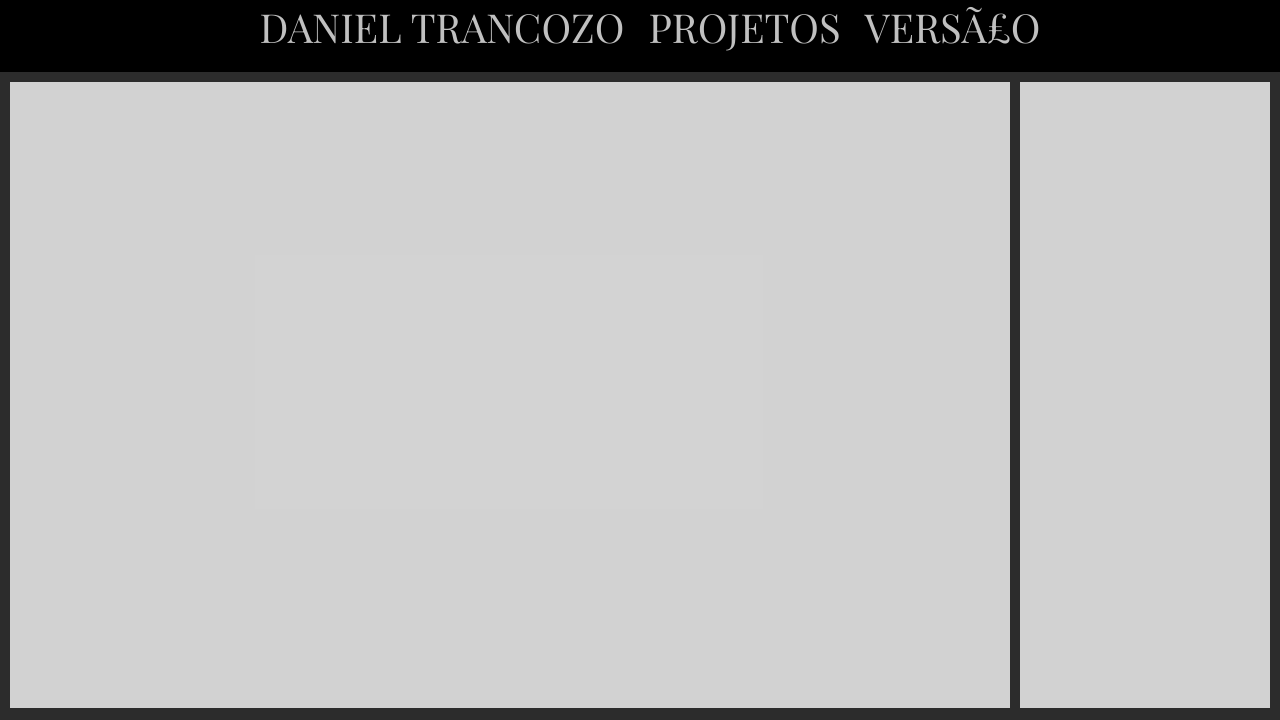
Repository: danieltrancozo/danieltrancozo.github.io
Page: index.html
The author's editor kept a copy of each file at every save. The page is drawn from the files as they stood at one save, then again after the next save.
The browser window is 1280 px wide. The pictures show the whole page.

Above is the page before, as saved 2021-05-05 19:24:36.

After the next save:
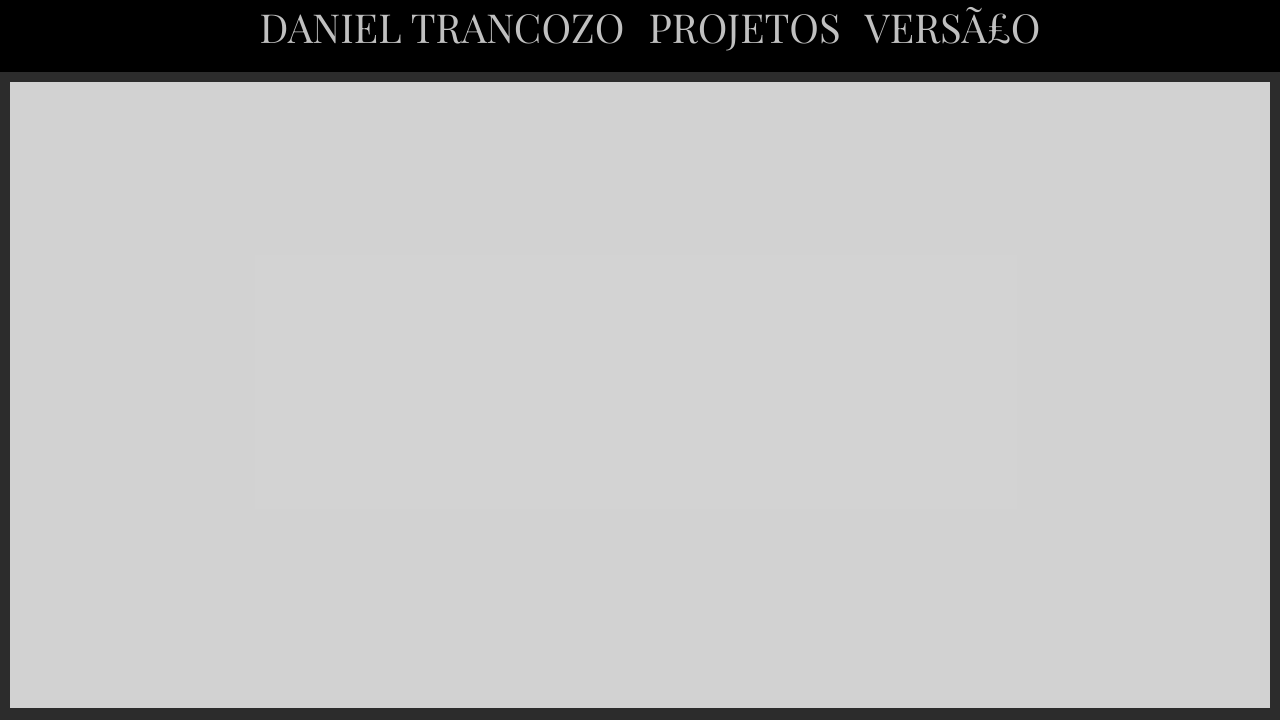
Saved 6 min 11 s later.
--- a/css/estilo3.css
+++ b/css/estilo3.css
@@ -51,10 +51,10 @@ body{
 }
 .cgrid{
     display: grid;
-    grid-template-columns: 4fr 1fr;
+    grid-template-columns: 4fr;
     grid-template-rows: 87vh;
     grid-gap: 10px;
-    grid-template-areas: "main aside";
+    grid-template-areas: "main";
     margin: 10px;
 }
 main, aside{
@@ -64,9 +64,9 @@ main, aside{
 main{
     grid-area: main;
 }
-aside{
+/*aside{
     grid-area: aside;
-}
+}*/
 .t2{
     background-color: transparent;
     width: 100%;
